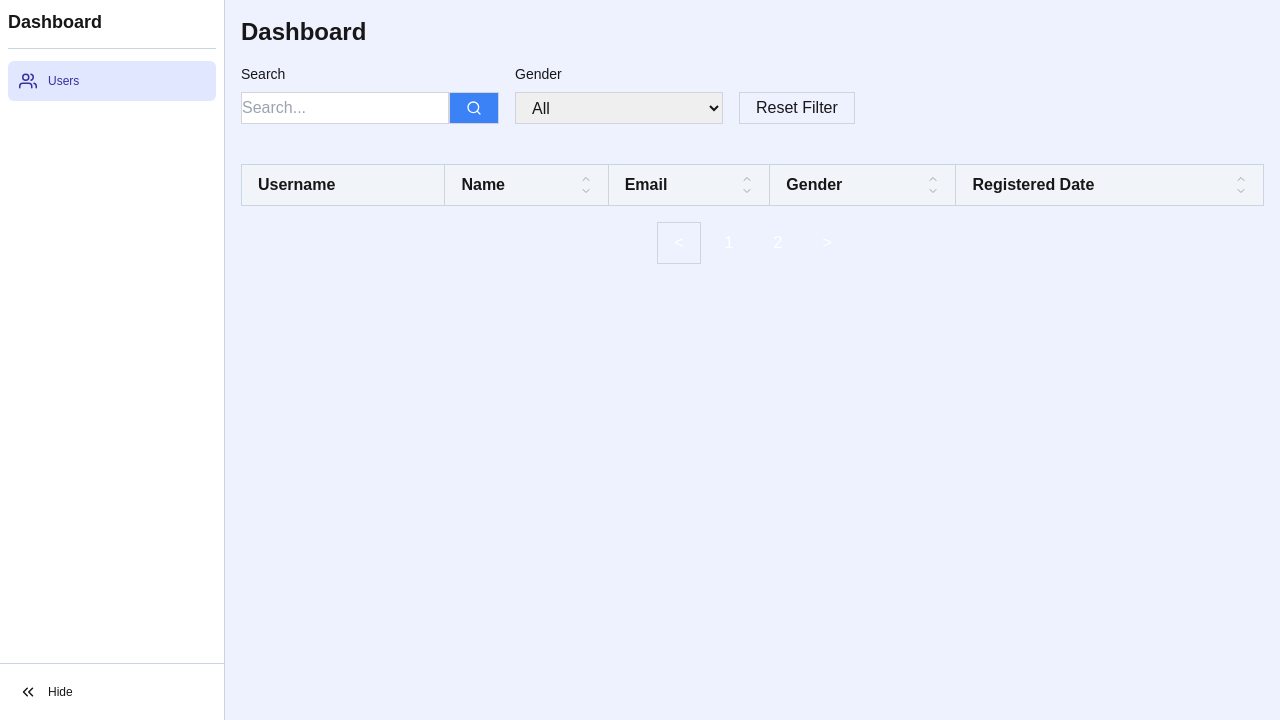
Repository: Ademaulana100499/userdashboard
Page: /
An editor plug-in stored every save of this project. The page is shown before and after the next save, followed by the edit.
The browser window is 1280 px wide. The pictures show the whole page.
The page's requests for data from a server got no answer. The project was rebuilt for these pictures with package versions that can differ from the ones it lists, and the page was loaded fresh each time. The framework's server and built-in components were replaced by stand-ins that run in the browser. No one was signed in, and anything a server would have sent is missing. Also part of the build but not shown: next.config.mjs.

Above is the page before, as saved 2025-02-14 22:22:06.

### src/pages/index.js
import React from "react";
import Sidebar from "@/components/Sidebar";
import DashboardContent from "@/components/DashboardContent";
const Dashboard = () => {
  return (
    <div className="flex bg-indigo-50">
      <Sidebar />
      <DashboardContent />
    </div>
  );
};

export default Dashboard;

### src/components/Sidebar.jsx
import React, { useState } from "react";
import { FiChevronsRight, FiUsers } from "react-icons/fi";
import { motion } from "framer-motion";
const Sidebar = () => {
  const [open, setOpen] = useState(true);
  const [selected, setSelected] = useState("Users");

  return (
    <motion.nav
      layout
      className="sticky top-0 h-screen shrink-0 border-r border-slate-300 bg-white p-2"
      style={{
        width: open ? "225px" : "fit-content",
      }}>
      <TitleSection open={open} />

      <div className="space-y-1">
        <Option
          Icon={FiUsers}
          title="Users"
          selected={selected}
          setSelected={setSelected}
          open={open}
        />
      </div>

      <ToggleClose open={open} setOpen={setOpen} />
    </motion.nav>
  );
};

const Option = ({ Icon, title, selected, setSelected, open, notifs }) => {
  return (
    <motion.button
      layout
      onClick={() => setSelected(title)}
      className={`relative flex h-10 w-full items-center rounded-md transition-colors ${
        selected === title
          ? "bg-indigo-100 text-indigo-800"
          : "text-slate-500 hover:bg-slate-100"
      }`}>
      <motion.div
        layout
        className="grid h-full w-10 place-content-center text-lg">
        <Icon />
      </motion.div>
      {open && (
        <motion.span
          layout
          initial={{ opacity: 0, y: 12 }}
          animate={{ opacity: 1, y: 0 }}
          transition={{ delay: 0.125 }}
          className="text-xs font-medium">
          {title}
        </motion.span>
      )}

      {notifs && open && (
        <motion.span
          initial={{ scale: 0, opacity: 0 }}
          animate={{
            opacity: 1,
            scale: 1,
          }}
          style={{ y: "-50%" }}
          transition={{ delay: 0.5 }}
          className="absolute right-2 top-1/2 size-4 rounded bg-indigo-500 text-xs text-white">
          {notifs}
        </motion.span>
      )}
    </motion.button>
  );
};

const TitleSection = ({ open }) => {
  return (
    <div className="mb-3 border-b border-slate-300 pb-3">
      <div className="flex cursor-pointer items-center justify-between rounded-md transition-colors hover:bg-slate-100">
        <div className="flex justify-center items-center">
          {open && (
            <motion.div
              layout
              initial={{ opacity: 0, y: 12 }}
              animate={{ opacity: 1, y: 0 }}
              transition={{ delay: 0.125 }}>
              <span className="block text-lg font-semibold">Dashboard</span>
            </motion.div>
          )}
        </div>
      </div>
    </div>
  );
};

const ToggleClose = ({ open, setOpen }) => {
  return (
    <motion.button
      layout
      onClick={() => setOpen((pv) => !pv)}
      className="absolute bottom-0 left-0 right-0 border-t border-slate-300 transition-colors hover:bg-slate-100">
      <div className="flex items-center p-2">
        <motion.div
          layout
          className="grid size-10 place-content-center text-lg">
          <FiChevronsRight
            className={`transition-transform ${open && "rotate-180"}`}
          />
        </motion.div>
        {open && (
          <motion.span
            layout
            initial={{ opacity: 0, y: 12 }}
            animate={{ opacity: 1, y: 0 }}
            transition={{ delay: 0.125 }}
            className="text-xs font-medium">
            Hide
          </motion.span>
        )}
      </div>
    </motion.button>
  );
};

export default Sidebar;

### src/components/DashboardContent.jsx
import { FiChevronUp, FiChevronDown } from "react-icons/fi";
import { useState, useEffect } from "react";
import { FiSearch } from "react-icons/fi";

const DashboardContent = () => {
  const [data, setData] = useState([]);
  const [filteredData, setFilteredData] = useState([]); // For filtered data
  const [sortConfig, setSortConfig] = useState({ key: null, direction: null });
  const [selectedGender, setSelectedGender] = useState("all"); // Gender filter state
  const [searchKeyword, setSearchKeyword] = useState(""); // For search keyword
  const [currentPage, setCurrentPage] = useState(1); // Track current page
  const itemsPerPage = 5; // Number of items to display per page

  const fetchData = async () => {
    try {
      const response = await fetch(`https://randomuser.me/api/?results=10`);
      const result = await response.json();
      setData(result.results);
      setFilteredData(result.results); // Initialize filteredData with all data
    } catch (error) {
      console.error("Error fetching data:", error);
    }
  };

  useEffect(() => {
    fetchData();
  }, []);

  const handleSort = (key) => {
    let direction = "asc";
    if (sortConfig.key === key && sortConfig.direction === "asc") {
      direction = "desc";
    }
    setSortConfig({ key, direction });

    setFilteredData((prevData) =>
      [...prevData].sort((a, b) => {
        const valueA = getNestedValue(a, key);
        const valueB = getNestedValue(b, key);

        if (valueA < valueB) return direction === "asc" ? -1 : 1;
        if (valueA > valueB) return direction === "asc" ? 1 : -1;
        return 0;
      })
    );
  };

  const handleSearch = () => {
    // Filter data based on searchKeyword only when the search button is clicked
    const filtered = data.filter((user) =>
      `${user.name.first} ${user.name.last}`
        .toLowerCase()
        .includes(searchKeyword.toLowerCase())
    );
    setFilteredData(filtered);
  };

  const handleGenderFilter = (gender) => {
    setSelectedGender(gender);
    if (gender === "all") {
      setFilteredData(data); // Show all data if "All" is selected
    } else {
      const filtered = data.filter((user) => user.gender === gender);
      setFilteredData(filtered); // Filter based on selected gender
    }
  };

  const handleResetFilter = () => {
    // Reset filters
    setSelectedGender("all");
    setSearchKeyword("");
    setFilteredData(data); // Reset filtered data to the original
  };

  const getNestedValue = (obj, path) => {
    return path
      .split(".")
      .reduce((acc, key) => (acc && acc[key] ? acc[key] : ""), obj);
  };

  const getSortIconStyle = (key) => {
    return sortConfig.key === key ? "text-black" : "text-gray-400";
  };

  // Paginate the filtered data based on the current page
  const paginateData = (data) => {
    const indexOfLastItem = currentPage * itemsPerPage;
    const indexOfFirstItem = indexOfLastItem - itemsPerPage;
    return data.slice(indexOfFirstItem, indexOfLastItem);
  };

  // Handle page change
  const handlePageChange = (page) => {
    setCurrentPage(page);
  };

  // Calculate total pages based on filtered data
  const totalPages = Math.ceil(filteredData.length / itemsPerPage);

  return (
    <div className="flex-1 p-4">
      <h1 className="text-2xl font-semibold mb-4">Dashboard</h1>
      <div className="flex gap-4 items-center mb-10">
        {/* Search */}
        <div className="flex flex-col  gap-2">
          <label htmlFor="search" className="text-sm">
            Search
          </label>
          <div className="flex items-center">
            <input
              type="text"
              id="search"
              value={searchKeyword}
              onChange={(e) => setSearchKeyword(e.target.value)} // Update search keyword
              placeholder="Search..."
              className=" w-52 border border-gray-300 h-8"
            />
            <button
              type="button"
              onClick={handleSearch}
              className="bg-blue-500 border border-gray-300 text-white px-4 h-8  hover:bg-blue-600">
              <FiSearch />
            </button>
          </div>
        </div>

        {/* Gender Filter */}
        <div className="flex flex-col gap-2">
          <label htmlFor="gender" className="text-sm">
            Gender
          </label>
          <select
            name="gender"
            id="gender"
            value={selectedGender}
            onChange={(e) => handleGenderFilter(e.target.value)} // Update gender filter
            className="w-52 border border-gray-300 px-3 h-8 text-left">
            <option value="all">All</option>
            <option value="male">Male</option>
            <option value="female">Female</option>
          </select>
        </div>

        {/* Reset Filter Button */}
        <div className="flex flex-col justify-between gap-5">
          <div></div>
          {/* Reset Filter Button */}
          <button
            type="button"
            onClick={handleResetFilter}
            className="border border-gray-300  px-4 h-8 hover:bg-gray-400 mt-2">
            Reset Filter
          </button>
        </div>
      </div>

      <table className="min-w-full table-auto border-collapse border border-slate-300 mt-4">
        <thead>
          <tr className="bg-slate-100">
            <th className="border border-slate-300 px-4 py-2 text-left">
              Username
            </th>
            <th className="border border-slate-300 px-4 py-2 text-left">
              <div className="flex justify-between items-center">
                <span>Name</span>
                <div className="flex flex-col items-center">
                  <FiChevronUp
                    onClick={() => handleSort("name.first")}
                    className={`text-xs cursor-pointer ${getSortIconStyle(
                      "name.first"
                    )}`}
                  />
                  <FiChevronDown
                    onClick={() => handleSort("name.first")}
                    className={`text-xs cursor-pointer ${getSortIconStyle(
                      "name.first"
                    )}`}
                  />
                </div>
              </div>
            </th>
            <th className="border border-slate-300 px-4 py-2 text-left">
              <div className="flex justify-between items-center">
                <span>Email</span>
                <div className="flex flex-col items-center">
                  <FiChevronUp
                    onClick={() => handleSort("email")}
                    className={`text-xs cursor-pointer ${getSortIconStyle(
                      "email"
                    )}`}
                  />
                  <FiChevronDown
                    onClick={() => handleSort("email")}
                    className={`text-xs cursor-pointer ${getSortIconStyle(
                      "email"
                    )}`}
                  />
                </div>
              </div>
            </th>
            <th className="border border-slate-300 px-4 py-2 text-left">
              <div className="flex justify-between items-center">
                <span>Gender</span>
                <div className="flex flex-col items-center">
                  <FiChevronUp
                    onClick={() => handleSort("gender")}
                    className={`text-xs cursor-pointer ${getSortIconStyle(
                      "gender"
                    )}`}
                  />
                  <FiChevronDown
                    onClick={() => handleSort("gender")}
                    className={`text-xs cursor-pointer ${getSortIconStyle(
                      "gender"
                    )}`}
                  />
                </div>
              </div>
            </th>
            <th className="border border-slate-300 px-4 py-2 text-left">
              <div className="flex justify-between items-center">
                <span>Registered Date</span>
                <div className="flex flex-col items-center">
                  <FiChevronUp
                    onClick={() => handleSort("registered.date")}
                    className={`text-xs cursor-pointer ${getSortIconStyle(
                      "registered.date"
                    )}`}
                  />
                  <FiChevronDown
                    onClick={() => handleSort("registered.date")}
                    className={`text-xs cursor-pointer ${getSortIconStyle(
                      "registered.date"
                    )}`}
                  />
                </div>
              </div>
            </th>
          </tr>
        </thead>
        <tbody>
          {paginateData(filteredData).map((user, index) => (
            <tr key={index} className="hover:bg-slate-50">
              <td className="border border-slate-300 px-4 py-2">
                {user.login.username}
              </td>
              <td className="border border-slate-300 px-4 py-2">
                {user.name.title} {user.name.first} {user.name.last}
              </td>
              <td className="border border-slate-300 px-4 py-2">
                {user.email}
              </td>
              <td className="border border-slate-300 px-4 py-2">
                {user.gender}
              </td>
              <td className="border border-slate-300 px-4 py-2">
                {new Date(user.registered.date)
                  .toLocaleString("id-ID", {
                    day: "2-digit",
                    month: "2-digit",
                    year: "numeric",
                    hour: "2-digit",
                    minute: "2-digit",
                  })
                  .replace(",", "")
                  .replace("/", "-")
                  .replace("/", "-")
                  .replace(".", ":")}
              </td>
            </tr>
          ))}
        </tbody>
      </table>

      {/* Pagination controls */}
      <div className="flex justify-center items-center mt-4 space-x-2">
        {/* Left Arrow */}
        <button
          onClick={() => handlePageChange(currentPage - 1)}
          disabled={currentPage === 1}
          className="px-4 py-2 border border-blue-500 text-white   disabled:border-gray-300">
          &lt;
        </button>

        {/* Page Numbers */}
        <button
          onClick={() => handlePageChange(1)}
          className={`px-4 py-2 border-blue-500 text-white   ${
            currentPage === 1 ? "border-blue-700" : ""
          }`}>
          1
        </button>

        <button
          onClick={() => handlePageChange(2)}
          className={`px-4 py-2 border-blue-500 text-white   ${
            currentPage === 2 ? "border-blue-700" : ""
          }`}>
          2
        </button>

        {/* Right Arrow */}
        <button
          onClick={() => handlePageChange(currentPage + 1)}
          disabled={currentPage === totalPages}
          className="px-4 py-2 border-blue-500 text-white   disabled:border-gray-300">
          &gt;
        </button>
      </div>
    </div>
  );
};

export default DashboardContent;

Loaded but not shown: src/pages/_app.js (common file); src/pages/_document.js (common file); src/styles/globals.css (common file); tailwind.config.mjs (common file)

After the next save:
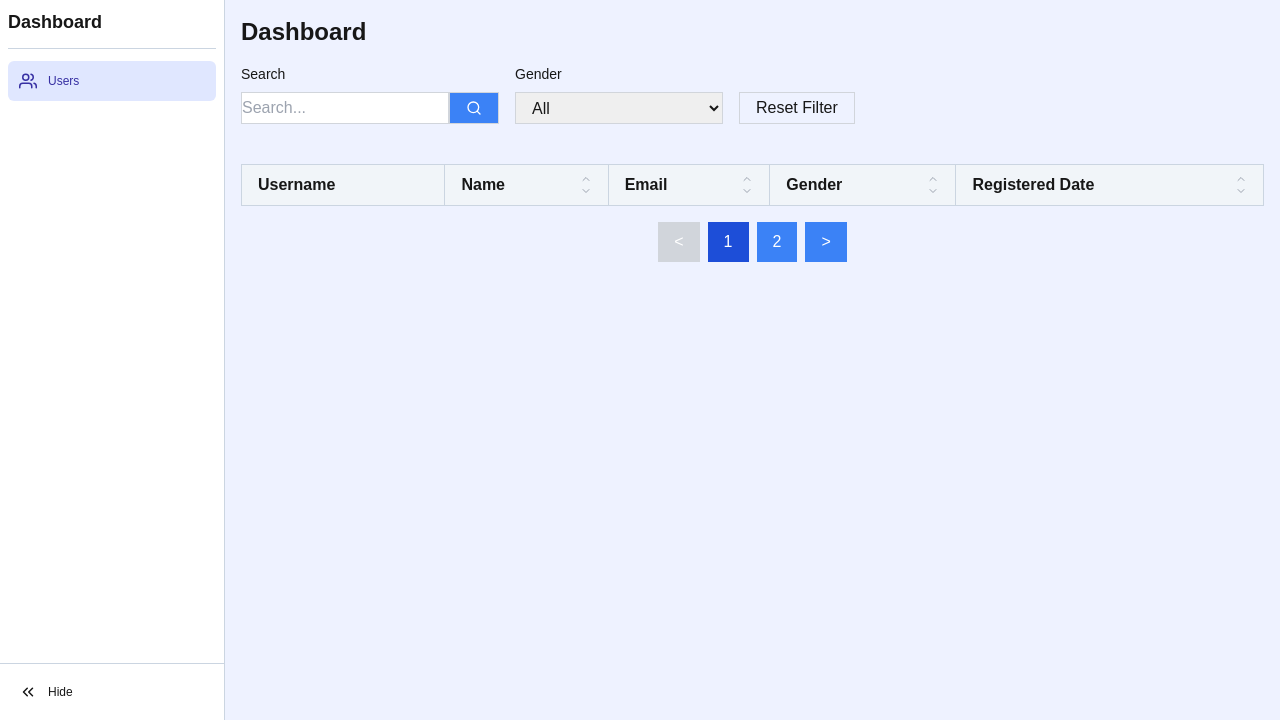
Saved 31 s later.
--- a/src/components/DashboardContent.jsx
+++ b/src/components/DashboardContent.jsx
@@ -278,23 +278,23 @@ const DashboardContent = () => {
         <button
           onClick={() => handlePageChange(currentPage - 1)}
           disabled={currentPage === 1}
-          className="px-4 py-2 border border-blue-500 text-white   disabled:border-gray-300">
+          className="px-4 py-2 bg-blue-500 text-white  hover:bg-blue-600 disabled:bg-gray-300">
           &lt;
         </button>
 
         {/* Page Numbers */}
         <button
           onClick={() => handlePageChange(1)}
-          className={`px-4 py-2 border-blue-500 text-white   ${
-            currentPage === 1 ? "border-blue-700" : ""
+          className={`px-4 py-2 bg-blue-500 text-white  hover:bg-blue-600 ${
+            currentPage === 1 ? "bg-blue-700" : ""
           }`}>
           1
         </button>
 
         <button
           onClick={() => handlePageChange(2)}
-          className={`px-4 py-2 border-blue-500 text-white   ${
-            currentPage === 2 ? "border-blue-700" : ""
+          className={`px-4 py-2 bg-blue-500 text-white  hover:bg-blue-600 ${
+            currentPage === 2 ? "bg-blue-700" : ""
           }`}>
           2
         </button>
@@ -303,7 +303,7 @@ const DashboardContent = () => {
         <button
           onClick={() => handlePageChange(currentPage + 1)}
           disabled={currentPage === totalPages}
-          className="px-4 py-2 border-blue-500 text-white   disabled:border-gray-300">
+          className="px-4 py-2 bg-blue-500 text-white  hover:bg-blue-600 disabled:bg-gray-300">
           &gt;
         </button>
       </div>
